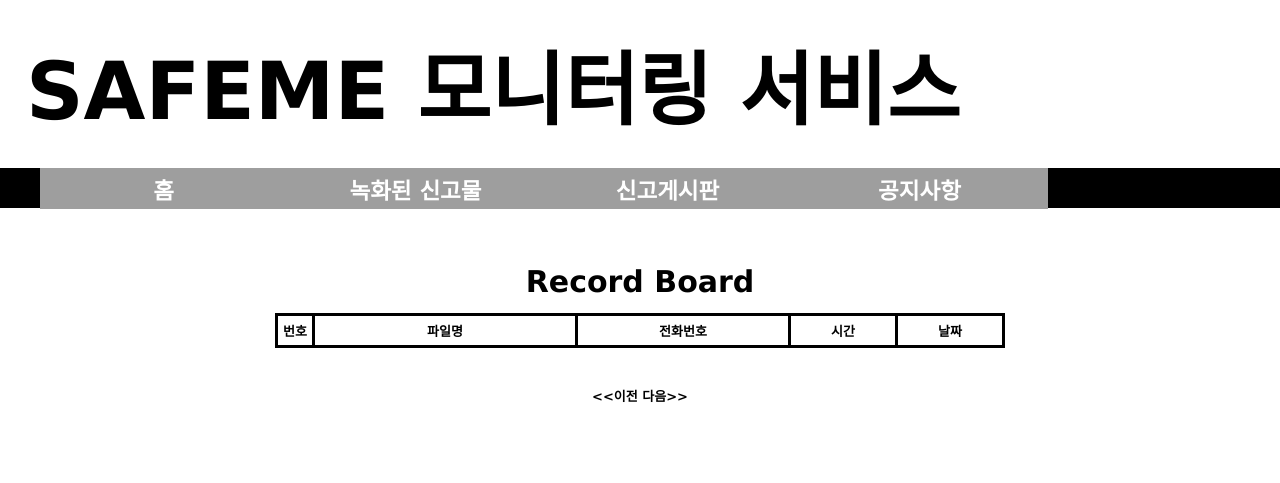
Repository: imdasom/SafeMe
Page: http://localhost/SafeMe/homepage/recordkesipan.jsp
These files come from the project's save history. The page is drawn as it stood at one moment and after the next save; the edit follows.
The browser window is 1280 px wide. The pictures show the whole page.
Pictures or frames that could not be fetched are drawn as grey boxes. The page is served by Tomcat 9. Queries for data that is not in the repository find no rows.

Above is the page before, as saved 2015-12-15 12:29:34.

After the next save:
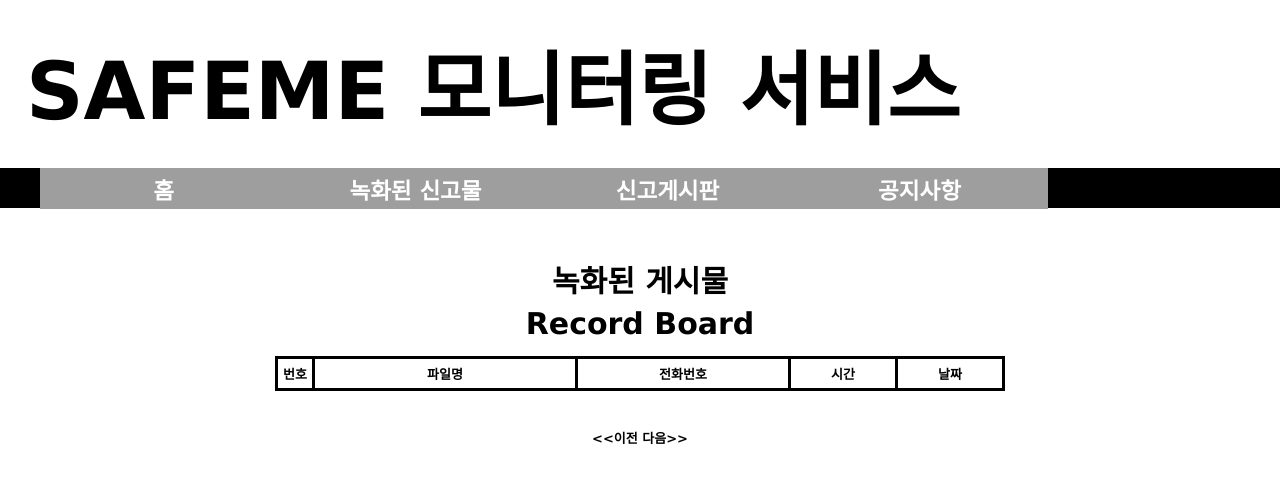
Saved 114 s later.
--- a/FinalSafeMeWeb/SafeMe/homepage/recordkesipan.jsp
+++ b/FinalSafeMeWeb/SafeMe/homepage/recordkesipan.jsp
@@ -6,7 +6,8 @@
 </head>
 <body bgcolor="white" text="black" link="blue" vlink="red" alink="red">
 <p align="center"><br>
-<div align="center"><h1>Record Board</h1>
+<div align="center"><h1>녹화된 게시물</h1>
+<h1>Record Board</h1>
 <table border="0" cellpadding="0" cellspacing="0" width="700">
   	<tr>
         <td bgcolor="black"><table border="0" cellpadding="5" cellspacing="3" width="100%">
